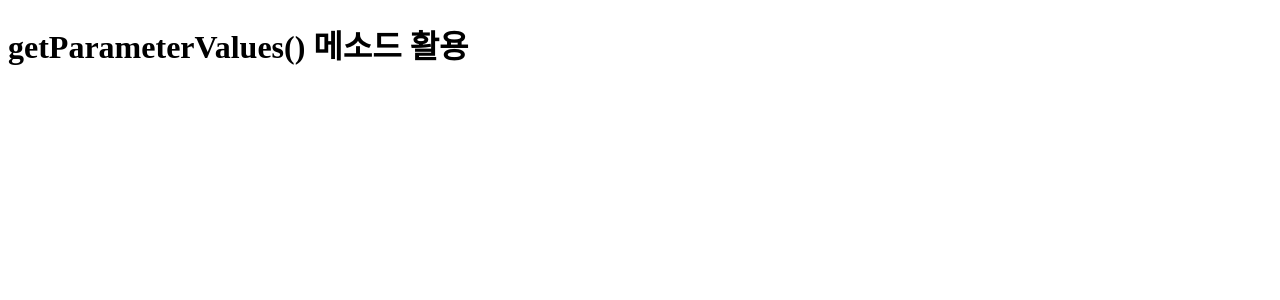
Repository: seminocoe/JSP_STUDY
Page: http://localhost/ServletProject/login/Sport.jsp
The author's editor kept a copy of each file at every save. The page is drawn from the files as they stood at one save, then again after a run of saves.
The browser window is 1280 px wide. The pictures show the whole page.
The page is served by Tomcat 9. Other server files are loaded and not shown.

Above is the page before, as saved 2022-07-29 01:49:41.

### ServletProject/src/main/webapp/login/Sport.jsp
<%@ page language="java" contentType="text/html; charset=UTF-8"
    pageEncoding="UTF-8"%>
<!DOCTYPE html>
<html>
<head>
<meta charset="UTF-8">
<title>취미와 성별</title>
</head>
<body>
	<h1>getParameterValues() 메소드 활용</h1>
	<form action="Sport" method="post"></form>
</body>
</html>

After the next 2 saves:
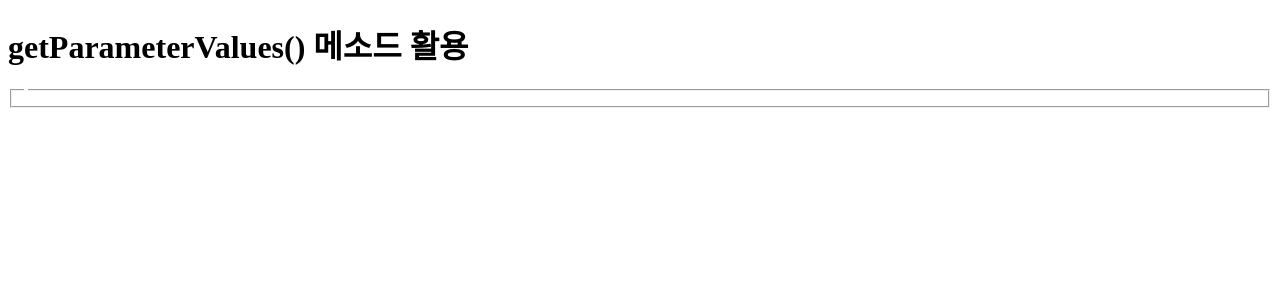
The 2 saves are shown as one change because they came seconds apart.
The last was saved 55 s later.
--- a/ServletProject/src/main/webapp/login/Sport.jsp
+++ b/ServletProject/src/main/webapp/login/Sport.jsp
@@ -8,6 +8,13 @@
 </head>
 <body>
 	<h1>getParameterValues() 메소드 활용</h1>
-	<form action="Sport" method="post"></form>
+	<form action="Sport" method="post">
+
+	<fieldset>
+		<legend><!-- 범례라는 뜻 -->
+
+		</legend>
+	</fieldset>
+	</form>
 </body>
 </html>
